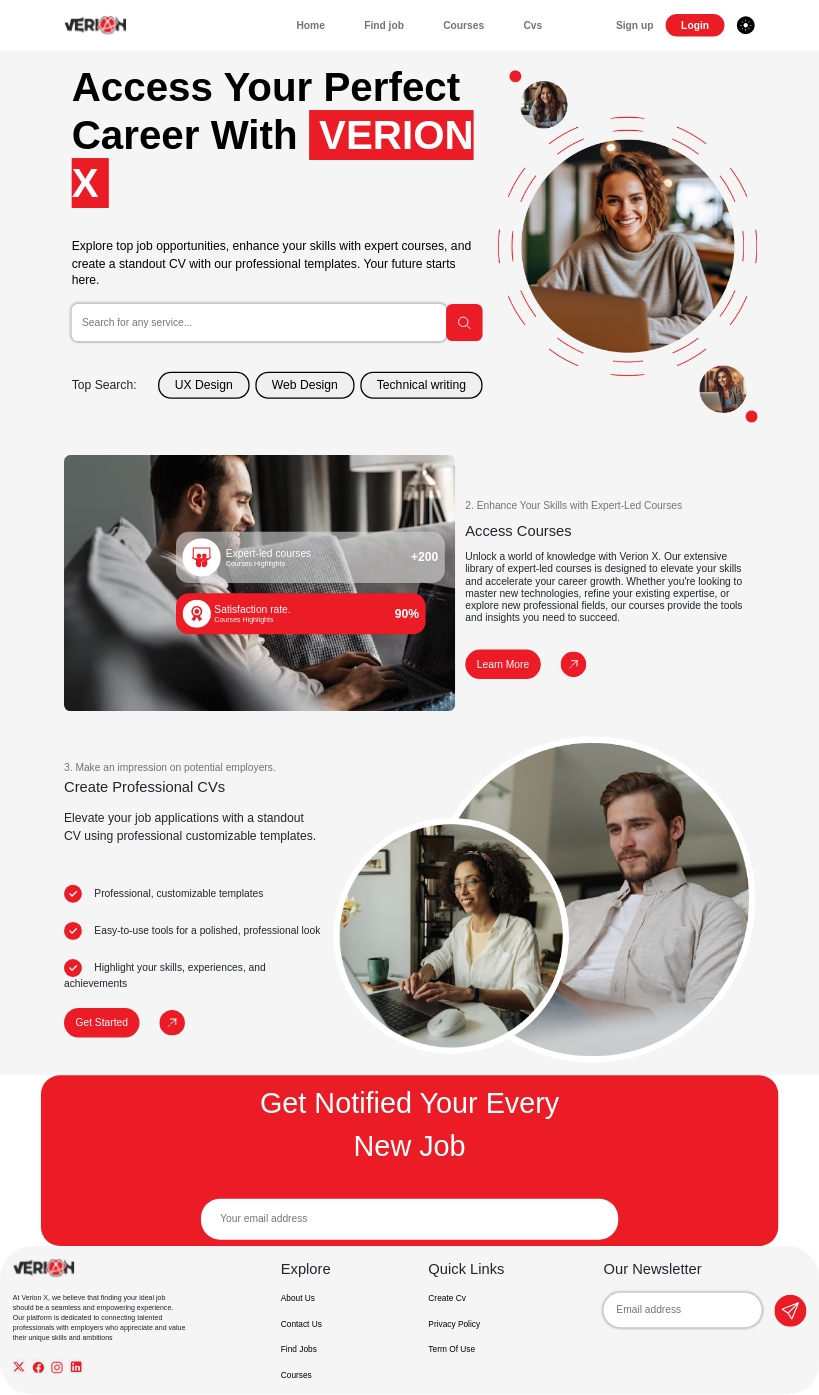
Repository: SahMenz/verionX
Page: /
These files come from the project's save history. The page is drawn as it stood at one moment and after the next save; the edit follows.
The browser window is 1280 px wide. The pictures show the whole page, at 64% of full size.
The project was rebuilt for these pictures with package versions that can differ from the ones it lists, and the page was loaded fresh each time. Also part of the build but not shown: vite.config.js.

Above is the page before, as saved 2024-06-16 17:53:26.

### src/App.jsx
import './App.css'
import Home from './components/home/home'
import 'bootstrap/dist/css/bootstrap.min.css';

function App() {

  return (
    <>
      <div>
          <Home />
      </div>
    </>
  )
}

export default App

### src/index.css
button{
    outline: none;
    border: none;
  }

  input{
    border: none;
    outline: none;
}

### src/App.css
*, *::before, *::after{
  padding: 0px;
  margin: 0px;
  box-sizing: border-box;
  font-family: "Rubik", sans-serif;
}

/* BACKGROUND COLORS */

.bg-f5{
  background-color: #F5F5F5;
}
.bg-eb{
  background-color: #EB1C25;
}
.bg-ff{
  background-color: #fff;
}
.bg-d9{
  background-color: #D9D9D9;
}
.bg-00{
  background-color: #000;
}


/* FONT SIZES */

.txt-11{
  font-size: 11px;
}
.txt-13{
  font-size: 13px;
}
.txt-16{
  font-size: 16px;
}
.txt-19{
  font-size: 19px;
}
.txt-23{
  font-size: 23px;
}
.txt-45{
  font-size: 45px;
}
.txt-63{
  font-size: 63px;
}


/* TEXT COLOR */

.txt-eb{
  color:#EB1C25
}
.txt-f3{
  color: #737373
}
.txt-ff{
  color:#fff
}
.txt-00{
  color: #000;
}


/* FONT WEIGHT */

.fw-400{
  font-weight: 400;
}
.fw-500{
  font-weight: 500;
}
.fw-600{
  font-weight: 600;
}


/* LINE HEIGHT */

.lh-19{
  line-height: 19.2px;
}
.lh-75{
  line-height: 55.6px;
}
.lh-26{
  line-height: 26.38px;
}
.lh-22{
  line-height: 22.8px;
}
.lh-27{
  line-height: 27.6px;
}
.lh-15{
  line-height: 15.89px;
}
.lh-13{
  line-height: 13.2px;
}
.lh-54{
  line-height: 54px;
}
.lh-34{
  line-height: 34.5px;
}
.lh-67{
  line-height: 67.5px;
}
.lh-32{
  line-height: 32.2px;
}
.lh-18{
  line-height: 18.96px;
}

### src/components/home/home.jsx
import Footer from "../footer/footer"
import Navigation from "../navigation/navigation"
import AccessCourses from "./accessCourses/accessCourses"
import CreateProfessionalCv from "./createProfessionalCv/createProfessionalCv"
import GetNotified from "./getNotified/getNotified"
import Hero from "./hero/hero"

function Home() {
  return (
    <div >
        <Navigation />
        <Hero />
        <AccessCourses />
        <CreateProfessionalCv />
        <GetNotified />
        <Footer />
    </div>
  )
}

export default Home

### src/components/footer/footer.jsx
import logo from '../../assets/images/logo.svg';
import CustomSvg from '../customSvg/customSvg';
import './footer.css';

function Footer() {
  return (
    <div className='d-flex bg-f5 justify-content-between footerGeneral gap-5' style={{borderRadius:"50px"}}>
        <div className='d-flex flex-column' style={{width:"272px", height:"166px"}}>
            <img  src={logo} style={{width:"97.2px"}}/>
            <div className='fw-400 lh-15 txt-11 py-4'>
                At Verion X, we believe that finding your ideal job should be a
                seamless and empowering experience. Our platform is dedicated to connecting talented
                professionals with employers who appreciate and value their unique skills and ambitions
            </div>
            <div className='d-flex align-items-center justify-content-between' style={{width:"110px"}}>
                <button><CustomSvg name="x"/></button>
                <button><CustomSvg name="facebook"/></button>
                <button><CustomSvg name="insta"/></button>
                <button><CustomSvg name="linkedin"/></button>
            </div>
        </div>
        <div className='d-flex flex-column justify-content-between' style={{width:"84px", height:"192px"}}>
            <div className='fw-500 txt-23 lh-32'>Explore</div>
            <a href="#" className='txt-00 fw-400 txt-13 lh-18 text-decoration-none'>About Us</a>
            <a href="#" className='txt-00 fw-400 txt-13 lh-18 text-decoration-none'>Contact Us</a>
            <a href="#" className='txt-00 fw-400 txt-13 lh-18 text-decoration-none'>Find Jobs</a>
            <a href="#" className='txt-00 fw-400 txt-13 lh-18 text-decoration-none'>Courses</a>
        </div>
        <div className='d-flex flex-column justify-content-between' style={{width:"127px", height:"152px"}}>
            <div className='fw-500 txt-23 lh-32'>Quick Links</div>
            <a href="#" className='txt-00 fw-400 txt-13 lh-18 text-decoration-none'>Create Cv</a>
            <a href="#" className='txt-00 fw-400 txt-13 lh-18 text-decoration-none'>Privacy Policy</a>
            <a href="#" className='txt-00 fw-400 txt-13 lh-18 text-decoration-none'>Term Of Use</a>
        </div>
        <div className='d-flex flex-column justify-content-between' style={{height:"107px"}}>
            <div className='fw-500 txt-23 lh-32'>Our Newsletter</div>
            <div>
                <input  type='text' placeholder='Email address' style={{marginRight:"20px",borderRadius:"30px", padding:"15px 20px", boxShadow: "0px 0px 3px 3px rgba(0, 0, 0, 0.2)"}}/>
                <button className='bg-f5'><CustomSvg name="telegram"/></button>
            </div>
        </div>
    </div>
  )
}

export default Footer

### src/components/navigation/navigation.jsx
import logo from '../../assets/images/logo.svg'
import CustomSvg from '../customSvg/customSvg'
import './navigation.css'


function Navigation() {

  return (
    <div className="d-flex justify-content-between navContainer">
        <img src={logo} alt="" />
        <div className='d-none d-lg-flex navigationLink justify-content-between align-items-center'>
          <div className='d-flex justify-content-between align-items-center links'>
            <a href="#" className='small-txt lh-19 fw-600 text-decoration-none txt-f3'>Home</a>
            <a href="#" className='small-txt lh-19 fw-600 text-decoration-none txt-f3'>Find job</a>
            <a href="#" className='small-txt lh-19 fw-600 text-decoration-none txt-f3'>Courses</a>
            <a href="#" className='small-txt lh-19 fw-600 text-decoration-none txt-f3'>Cvs</a>
          </div>
          <div className='d-flex justify-content-between align-items-center switchmode'>
            <a href="#" className='small-txt lh-19 fw-600 text-decoration-none txt-f3'>Sign up</a>
            <a href="#" className='small-txt lh-19 fw-600 text-decoration-none txt-ff bg-eb px-4 py-2 rounded-5'>Login</a>
            <button className='bg-ff'><CustomSvg name="switchModes"/></button>
          </div>
        </div>
        <div className=' d-lg-none cursor-pointer' style={{width: "40px", height: "40px", display: 'flex', flexDirection: 'column', alignItems: "center", justifyContent: "center", gap: "5px"}}>
          <div style={{width : "30px", height:"3px", backgroundColor : 'black' }}></div>
          <div style={{width : "30px", height:"3px", backgroundColor : 'black' }}></div>
          <div style={{width : "30px", height:"3px", backgroundColor : 'black' }}></div>
        </div>
    </div>
  )
}

export default Navigation

### src/components/home/accessCourses/accessCourses.jsx
import CustomSvg from "../../customSvg/customSvg";
import './accessCourses.css';

function AccessCourses() {
  return (
    <div className="d-flex flex-column bg-f5 flex-xl-row accessGeneral  align-items-center">
        <div className="manPressingLaptop" style={{maxWidth:"611px", position:"relative"}}>
            <div className="imagetext d-none d-lg-block" style={{position:"absolute"}}>
                <div className="d-flex align-items-center opacebackground justify-content-between mb-3" style={{padding:"10px", borderRadius:"20px", maxWidth:"455px"}}>
                    <CustomSvg name="expertLedCourses"/>
                    <div className="d-flex ps-2 justify-content-between align-items-center" style={{width:"340px"}}>
                        <div className="d-flex flex-column" >
                            <div className="txt-ff fw-500 txt-16 lh-19">Expert-led courses</div>
                            <div className="txt-11 txt-ff fw-500 lh-13">Courses Highlights</div>
                        </div>
                        <div className="fw-600 txt-19 lh-22 txt-ff">+200</div>
                    </div>
                </div>
                <div className="bg-eb d-flex align-items-center justify-content-between" style={{padding:"10px", borderRadius:"20px", maxWidth:"390px"}}>
                    <CustomSvg name="satisfactionrate"/>
                    <div className="d-flex justify-content-between align-items-center" style={{width:"320px"}}>
                        <div className="d-flex flex-column" >
                            <div className="txt-ff fw-500 txt-16 lh-19">Satisfaction rate.</div>
                            <div className="txt-11 txt-ff fw-500 lh-13">Courses Highlights</div>
                        </div>
                        <div className="fw-600 txt-19 lh-22 txt-ff">90%</div>
                    </div>
                </div>
            </div>
        </div>
        <div className=" ms-xl-3"  style={{maxWidth:"576px"}}>
            <p className="txt-f3 fw-500 lh-19 enhance" style={{maxWidth:"370px"}}>2. Enhance Your Skills with Expert-Led Courses</p>
            <p className="fw-500 lh-27 access" style={{maxWidth:"300px"}}>Access Courses</p>
            <p className="fw-400 lh-19 pb-4 unlock" style={{maxWidth:"576px"}}>
                Unlock a world of knowledge with Verion X. Our extensive library of expert-led courses is designed to elevate your skills and accelerate your career growth. Whether you&apos;re looking to master new technologies, refine your existing expertise, or explore new professional fields, our courses provide the tools and insights you need to succeed.
            </p>
            <div className="d-flex align-items-center justify-content-between" style={{width:"189px"}}>
                <button className="bg-eb txt-ff" style={{padding:"11px 18px", borderRadius:"30px"}}>Learn More</button>
                <CustomSvg name="arrowTopRight" className=""/>
            </div>
        </div>
    </div>
  )
}

export default AccessCourses

### src/components/home/createProfessionalCv/createProfessionalCv.jsx
import createProfessionalImage from '../../../assets/images/createProfessionalImage.png';
import CustomSvg from '../../customSvg/customSvg';
import './createProfessionalCv.css';

function CreateProfessionalCv() {
  return (
    <div className='d-flex flex-column createGeneral bg-f5 flex-xl-row align-items-center'>
        <div style={{maxWidth:"507px"}}>
            <div className='fw-500 lh-19 txt-16 txt-f3 adjustText' style={{margin:"0px 0px 8px 0px"}}>3. Make an impression on potential employers.</div>
            <div className='fw-500 lh-27 txt-23 adjust23' style={{margin:"0px 0px 20px 0px"}}>Create Professional CVs</div>
            <div className='fw-400 txt-19 lh-23 adjust19' style={{margin:"0px 0px 60px 0px"}}>Elevate your job applications with a standout CV using professional customizable templates.</div>
            <div className='fw-400 txt-16 lh-19 adjustText' style={{marginBottom:"29px"}}><CustomSvg name="createProfessionalTick"/> <span style={{marginLeft:"15px"}}>Professional, customizable templates</span></div>
            <div className='fw-400 txt-16 lh-19 adjustText' style={{marginBottom:"29px"}}><CustomSvg name="createProfessionalTick"/> <span style={{marginLeft:"15px"}}>Easy-to-use tools for a polished, professional look</span></div>
            <div className='fw-400 txt-16 lh-19 adjustText' style={{marginBottom:"29px"}}><CustomSvg name="createProfessionalTick"/> <span style={{marginLeft:"15px"}}>Highlight your skills, experiences, and achievements</span></div>
            <div className="d-flex align-items-center justify-content-between" style={{width:"189px"}}>
                <button className="bg-eb txt-ff" style={{padding:"11px 18px", borderRadius:"30px"}}>Get Started</button>
                <CustomSvg name="arrowTopRight" className=""/>
            </div>
        </div>
        <img src={createProfessionalImage} className='mt-5 mt-xl-0 mixedImage ms-xl-3' style={{maxWidth:"659px"}}/>
    </div>
  )
}

export default CreateProfessionalCv

### src/components/home/getNotified/getNotified.jsx
import './getNotified.css';

function GetNotified() {
  return (
    <div className='d-flex align-items-center flex-column getContainer'>
        <div className="bg-eb d-flex flex-column justify-content-between getGeneral text-center">
            <div className="fw-500 txt-ff txt-45 xl-lh-54 getNotified text-center">Get Notified Your Every New Job </div>
            <input type="text" placeholder="Your email address" className='inputText mt-lg-5 mt-4' style={{borderRadius:"30px", padding:"20px 0px 20px 30px", maxWidth:"652px"}}/>
        </div>
        <div></div>
    </div>
  )
}

export default GetNotified

### src/components/home/hero/hero.jsx
import accesYourPerfectImage from '../../../assets/images/accesYourPerfectImage.png';
import CustomSvg from '../../customSvg/customSvg';
import './hero.css';

function Hero() {
  return (
    <div className='bg-f5 heroGeneral d-flex flex-column flex-xl-row justify-content-center justify-content-between align-items-center' style={{}}>
        <div style={{maxWidth:"733px"}} className=' textcontainer mb-5 mx-xxl-1 px-xxl-0 d-flex flex-column container '>
            <div className='txt-63 lh-75 txt-ff fw-600 txt-00 largeTxt mb-5' >Access Your Perfect Career With <span className='bg-eb fw-600 txt-ff py-1 px-3'>VERION X</span></div>
            <div className='txt-00 lh-26 mb-4 exploretxt' style={{maxWidth:"630px"}}>
                Explore top job opportunities, enhance your skills with expert courses, and create a standout CV with our professional templates. Your future starts here.
            </div>
            <div className="d-flex">
                <input type="text" className='p-3 container mb-xl-5' placeholder="Search for any service..."  style={{borderRadius:"10px", boxShadow: "0px 0px 3px 3px rgba(0, 0, 0, 0.2)"}} />
                <button className="bg-eb p-3 mb-xl-5" style={{borderRadius:"10px", border:"none"}}><CustomSvg name="search"/></button>
            </div>
            <div className='d-none d-xl-flex align-items-center justify-content-between'style={{width:"642px"}} >
                <div className='txt-19 lh-26 txt-500'>Top Search:</div>
                <div className='d-flex align-items-center justify-content-between' style={{width:"507px"}}>
                    <button style={{borderRadius:"20px",border: "2px solid black"}}><div className='px-4 py-2 txt-19 lh-22 txt-500'>UX Design</div></button>
                    <button style={{borderRadius:"20px",border: "2px solid black"}}><div className='px-4 py-2 txt-19 lh-22 txt-500'>Web Design</div></button>
                    <button style={{borderRadius:"20px",border: "2px solid black"}}><div className='px-4 py-2 txt-19 lh-22 txt-500'>Technical writing</div></button>
                </div>
            </div>
        </div>
        <img src={accesYourPerfectImage} className='container mx-xxl-1 px-xxl-0' style={{Width:"65vw", maxWidth:"430px"}} alt="three images" />
    </div>
  )
}

export default Hero

### src/components/footer/footer.css
.footerGeneral{
    padding: 20px 20px;
    flex-wrap: wrap
}

@media (min-width:1400px){
    .footerGeneral{
        padding: 64px 109px
    }
}

### src/components/navigation/navigation.css
.navContainer{
    padding: 22px 100px;
    box-shadow: 0px 10px 10px 10px rgba(0, 0, 0, 0.2);
}

.navigationLink{
    width: 56vw;
    min-width: 600px;
    max-width: 888px;
}
.links{
    width: 30vw;
    min-width: 300px;
    max-width: 482px;
}
.switchmode{
    width: 17vw;
    min-width: 200px;
    max-width: 254px;
}
@media screen and (min-width:325px) and (max-width:988px) {
    .navContainer{
        padding: 18px 60px;
    }
}

### src/components/home/accessCourses/accessCourses.css
.accessGeneral{
    padding: 10px 20px;
}
.enhance{
    font-size: 4vw;
    margin-top: 20px;
}
.access{
    font-size: 6vw;
}
.unlock{
    font-size: 4vw;
}
.opacebackground{
    background-color:rgba(217, 217, 217, 0.6);
}
.manPressingLaptop{
    background-image: url('../../../assets/images/accessCoursesImage.png');
    background-size: cover;
    border-Radius: 10px;
    background-position: center;
    height: 400px;
    width: 65vw;
    background-size: cover;
    background-position: center;
}
.imagetext{
    position: absolute;
    top: 50%;
    left: 63%;
    transform: translate(-50%, -50%);
}

@media (min-width: 478px) {
    .enhance{
        font-size: 3vw;
    }
    .access{
        font-size: 5vw;
    }
    .unlock{
        font-size: 3vw;
    }
}
@media (min-width: 665px) {
    .enhance{
      font-size: 2.5vw;
    }
    .access{
      font-size:4.5vw;
    }
    .unlock{
        font-size: 2.5vw;
    }
}
@media (min-width:730px){
    .accessGeneral{
      padding: 20px 100px;
    }
    .enhance{
        font-size: 16px;
      }
      .access{
        font-size:23px;
      }
      .unlock{
          font-size: 16px;
      }
  }
  @media (min-width:1400px){
    .accessGeneral{
        justify-content: space-between!important;
    }
  }

### src/components/home/createProfessionalCv/createProfessionalCv.css
.createGeneral{
    padding: 10px 20px;
}
.mixedImage{
    width: 85vw;
}
.adjustText{
    font-size: 4vw;
}
.adjust19{
    font-size: 5vw;
}
.adjust23{
    font-size: 6vw;
}
@media (min-width: 478px) {
    .adjustText{
        font-size: 3.5vw;
    }
    .adjust19{
        font-size: 4.5vw;
    }
    .adjust23{
        font-size: 5.5vw;
    }
}
@media (min-width: 560px) {
    .adjustText{
        font-size: 3vw;
    }
    .adjust19{
        font-size: 4vw;
    }
    .adjust23{
        font-size: 5vw;
    }
}
@media (min-width:630px){
    .createGeneral{
        padding: 20px 100px;
    }
    .adjustText{
        font-size: 16px;
    }
    .adjust19{
        font-size: 19px;
    }
    .adjust23{
        font-size: 23px;
    }
}
@media (min-width:1400px){
    .createGeneral{
        justify-content: space-between;
    }
}

### src/components/home/getNotified/getNotified.css
.getNotified{
    font-size: 6vw;
    max-width: 564px;
}
.getContainer{}
.getGeneral{
    padding: 10px 30px;
    align-items: center;
    border-radius: 30px;
    width: 90vw;
    max-width: 1250px;
    -webkit-border-radius: 30px;
    -moz-border-radius: 30px;
    -ms-border-radius: 30px;
    -o-border-radius: 30px;
}
.inputText{
    width:70vw;
    max-width: 652px;
}

@media (min-width:400px) {
    .getNotified{
        font-size: 5.5vw;
    }
}
@media (min-width:919px) {
    .getNotified{
        font-size: 45px;
    }
}@media (min-width:1200px)

### src/components/home/hero/hero.css
  .largeTxt{
    font-size: 10vw;
  }
  .exploretxt{
    font-size: 4vw;
  }
  .heroGeneral{
    padding: 10px 20px;
  }
  @media (min-width: 478px) {
    .largeTxt{
      line-height: 75px;
    }
    .exploretxt{
      font-size: 3vw;
    }
  }
  @media (min-width: 632px) {
    .largeTxt{
      font-size: 9vw;
    }
    .exploretxt{
      font-size:2.5vw;
    }
  }
  @media (min-width:730px){
    .largeTxt{
      font-size: 63px;
    }
    .exploretxt{
      font-size: 19px;
    }
    .heroGeneral{
      padding: 20px 100px;
    }
  }
  @media(min-width:1400){
    .heroGeneral{
      justify-content: space-between;
    }
  }

Loaded but not shown: src/main.jsx (common file); src/components/customSvg/customSvg.jsx (186 lines, source omitted)

After the next save:
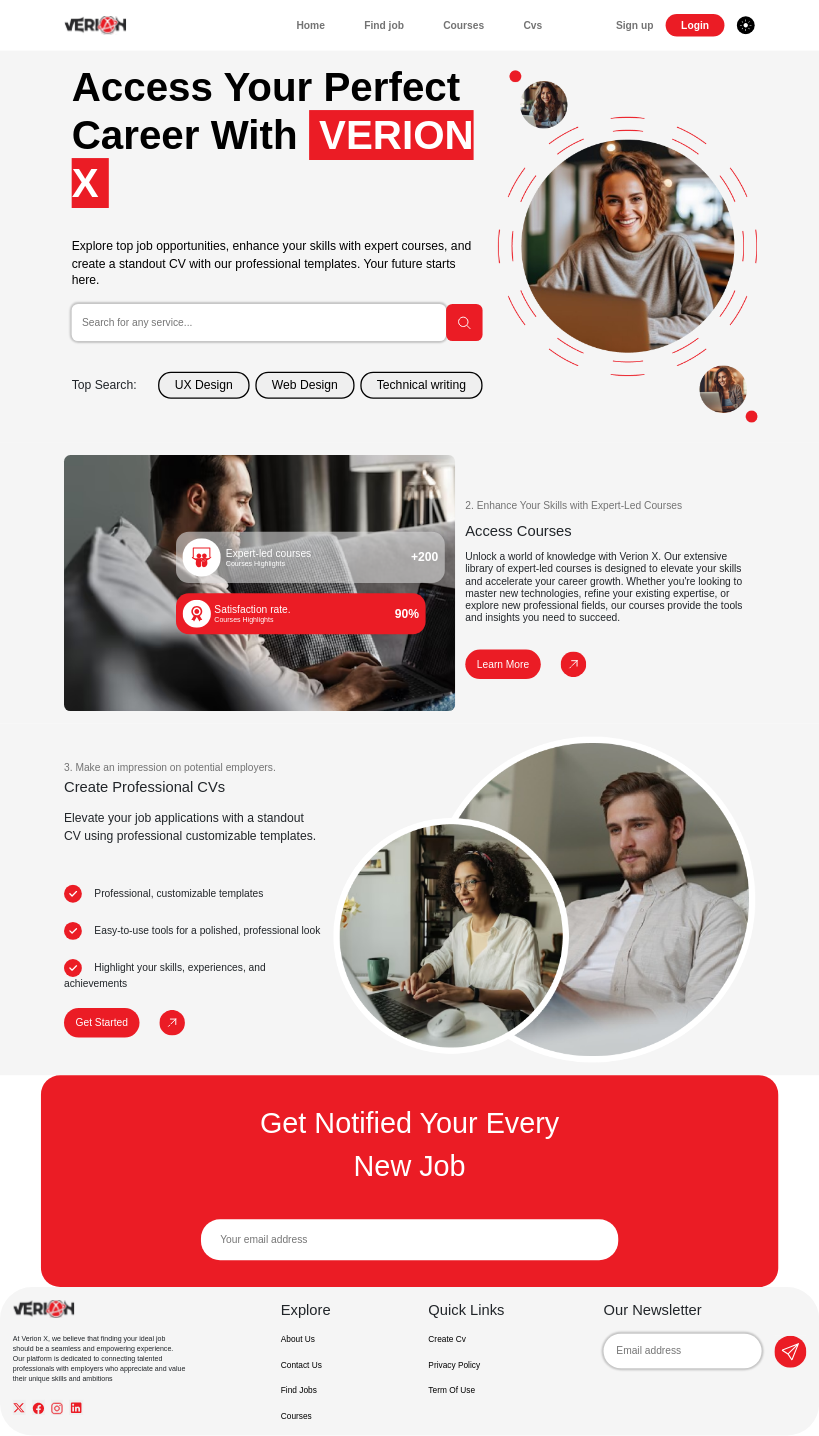
Saved 39 s later.
--- a/src/components/home/getNotified/getNotified.css
+++ b/src/components/home/getNotified/getNotified.css
@@ -28,4 +28,8 @@
     .getNotified{
         font-size: 45px;
     }
-}@media (min-width:1200px)
+}@media (min-width:1200px){
+    .getGeneral{
+        padding: 42px 0;
+    }
+}
